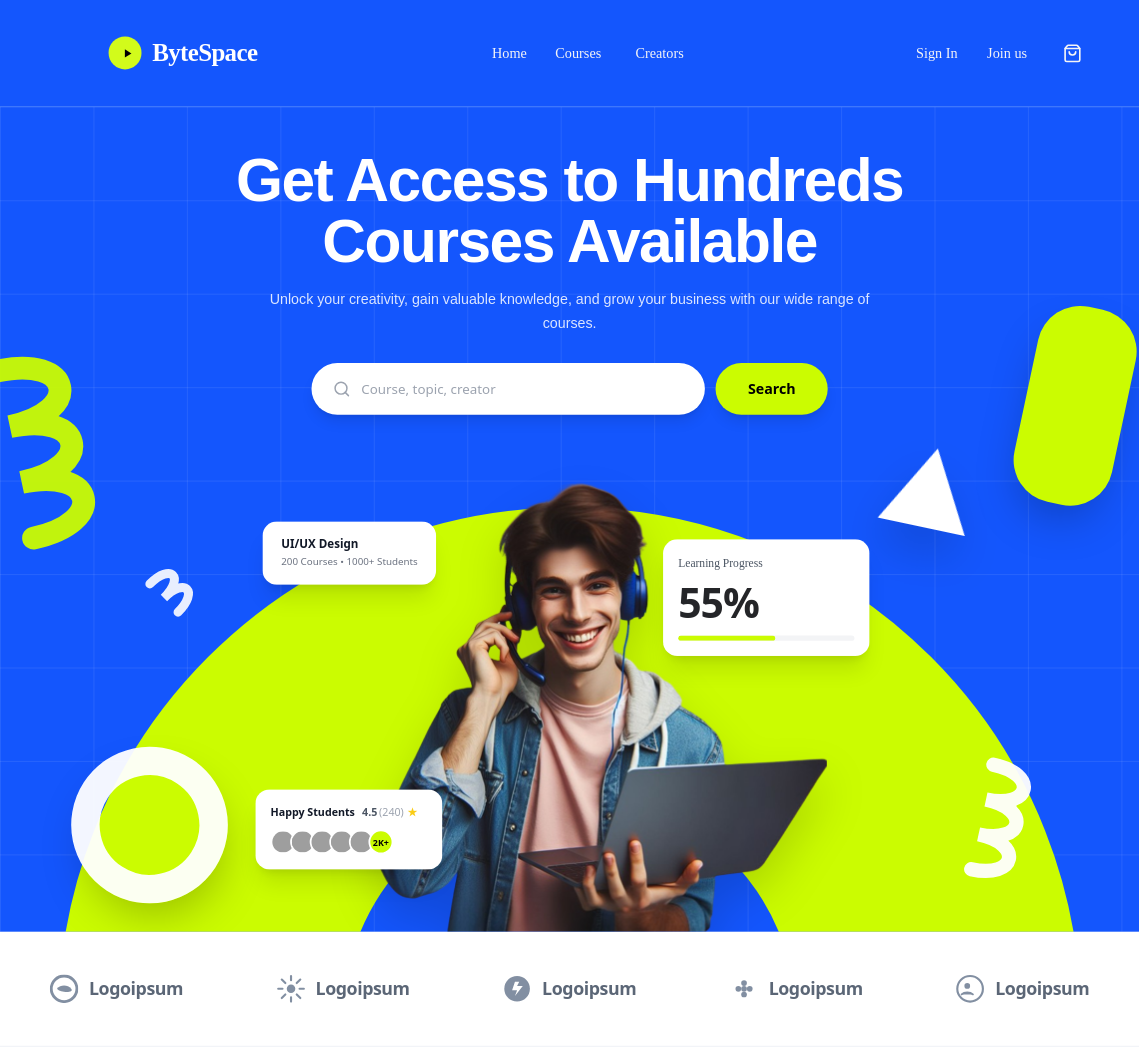
Repository: mdkawsarjomadder/bytespace
Page: /
These files come from the project's save history. The page is drawn as it stood at one moment and after the next save; the edit follows.
The browser window is 1280 px wide. The pictures show the whole page, at 89% of full size.
Pictures or frames that could not be fetched are drawn as grey boxes. Some web fonts or font styles are not loaded; a fallback is used. The project was rebuilt for these pictures with package versions that can differ from the ones it lists, and the page was loaded fresh each time. Also part of the build but not shown: vite.config.js.

Above is the page before, as saved 2026-09-29 19:06:37.

After the next save:
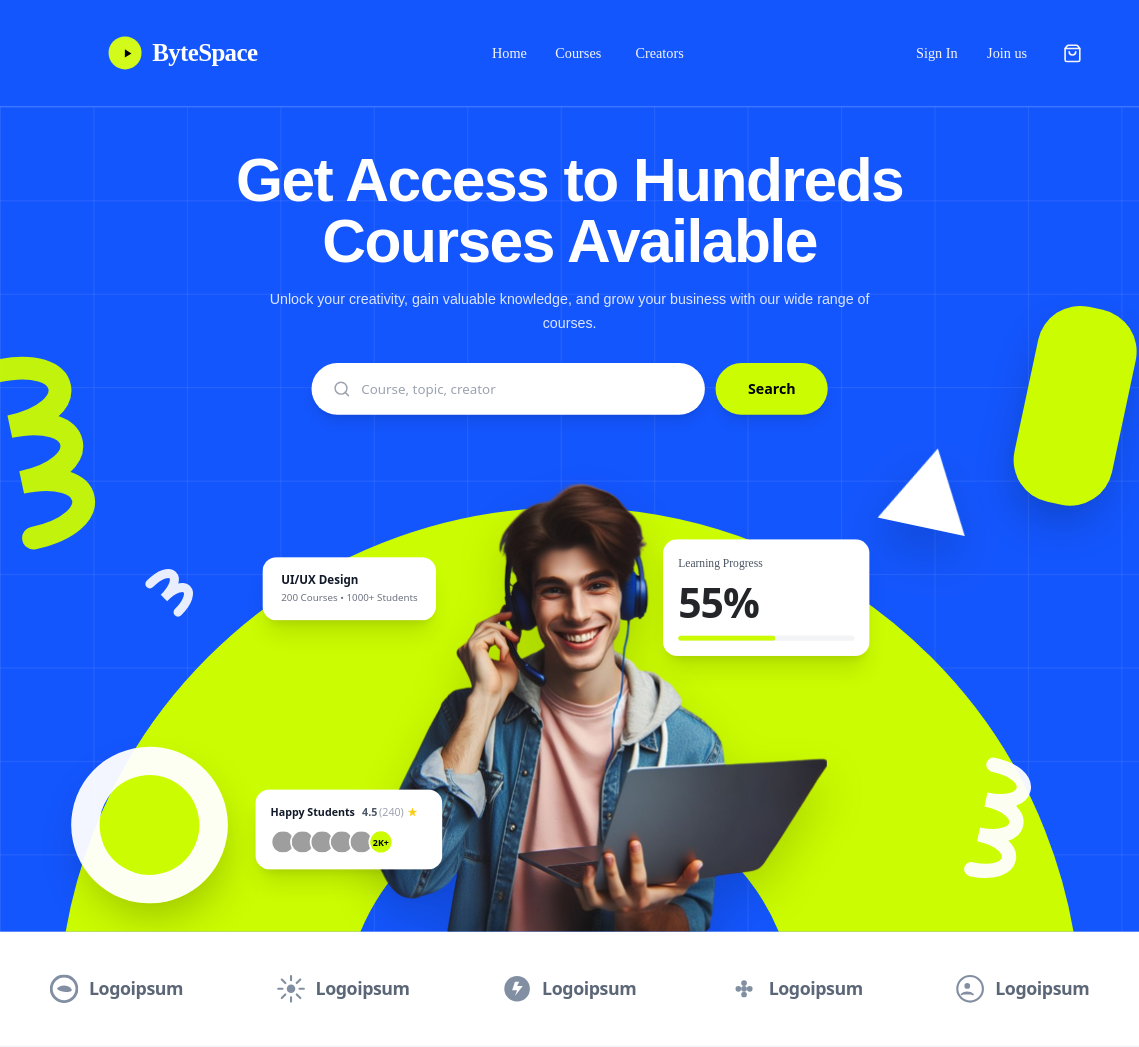
Saved 32 s later.
--- a/src/components/Hero.jsx
+++ b/src/components/Hero.jsx
@@ -149,7 +149,7 @@ const Hero = () => {
           />
 
           {/* Floating Card: UI/UX Design */}
-          <div className="absolute -left-14 top-[80px] z-30 bg-white text-black p-4 px-5 rounded-[16px] shadow-xl border border-white/40">
+          <div className="absolute -left-14 top-[120px] z-30 bg-white text-black p-4 px-5 rounded-[16px] shadow-xl border border-white/40">
             <span className="text-[13px] font-bold text-gray-900 block leading-tight">UI/UX Design</span>
             <span className="text-[11px] text-gray-500 font-medium mt-1 block">200 Courses • 1000+ Students</span>
           </div>
